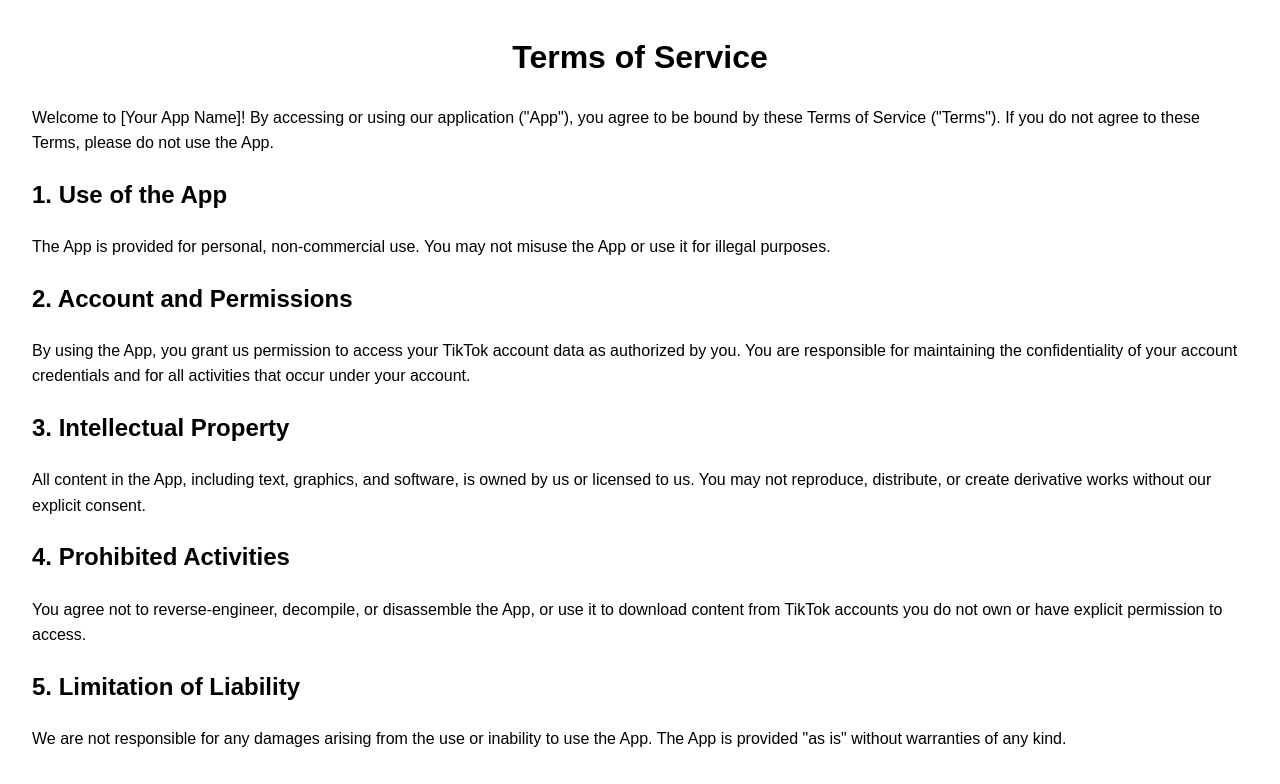
Repository: charlpcronje/tiktikrescue.online
Page: html/terms-of-service.html
The author's editor kept a copy of each file at every save. The page is drawn from the files as they stood at one save, then again after the next save.
The browser window is 1280 px wide. The pictures show the whole page.

Above is the page before, as saved 2024-12-27 22:15:57.

After the next save:
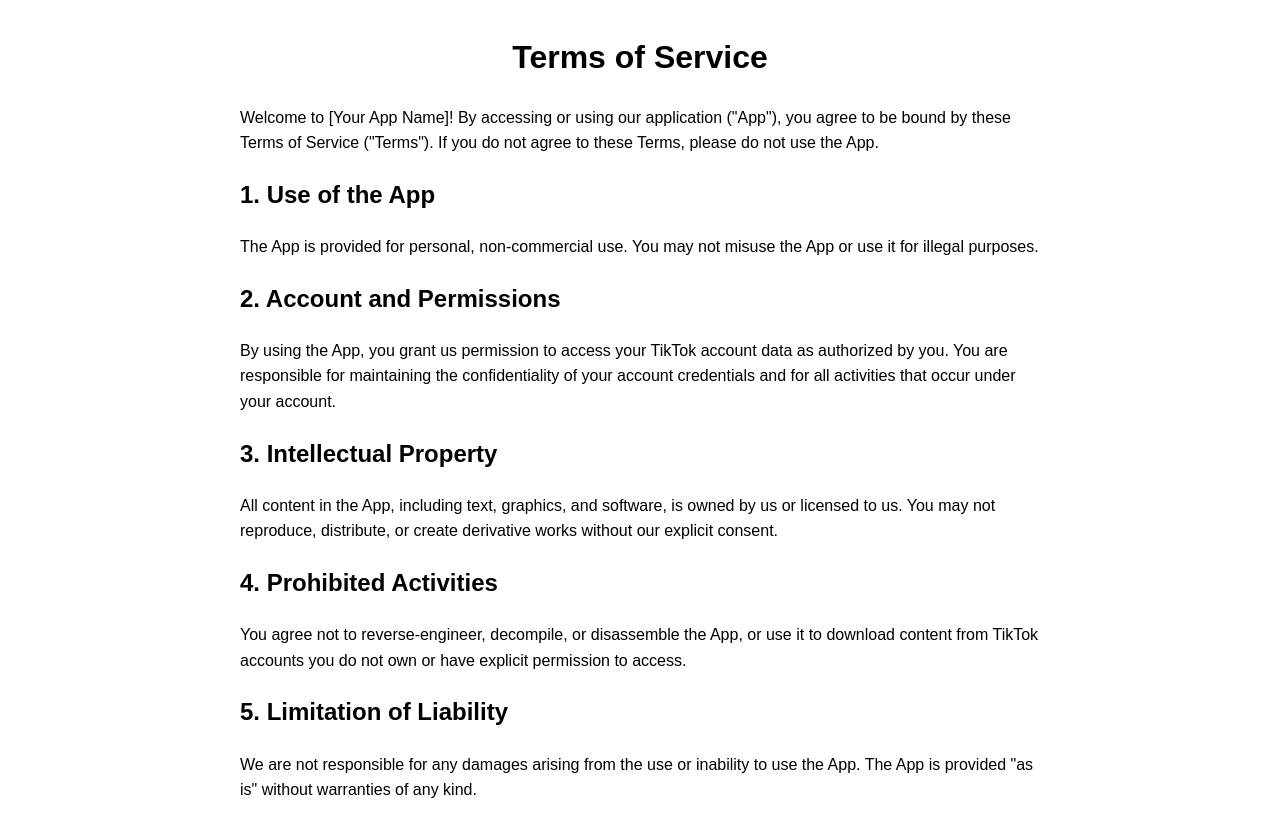
Saved 33 s later.
--- a/html/terms-of-service.html
+++ b/html/terms-of-service.html
@@ -16,9 +16,14 @@
         h1 {
             text-align: center;
         }
+        .wrapper {
+            max-width: 800px;
+            margin: 0 auto;
+        }
     </style>
 </head>
 <body>
+    <div class="wrapper">
     <h1>Terms of Service</h1>
     <p>Welcome to [Your App Name]! By accessing or using our application ("App"), you agree to be bound by these Terms of Service ("Terms"). If you do not agree to these Terms, please do not use the App.</p>
     <h2>1. Use of the App</h2>
@@ -31,5 +36,6 @@
     <p>You agree not to reverse-engineer, decompile, or disassemble the App, or use it to download content from TikTok accounts you do not own or have explicit permission to access.</p>
     <h2>5. Limitation of Liability</h2>
     <p>We are not responsible for any damages arising from the use or inability to use the App. The App is provided "as is" without warranties of any kind.</p>
+</div>
 </body>
 </html>
